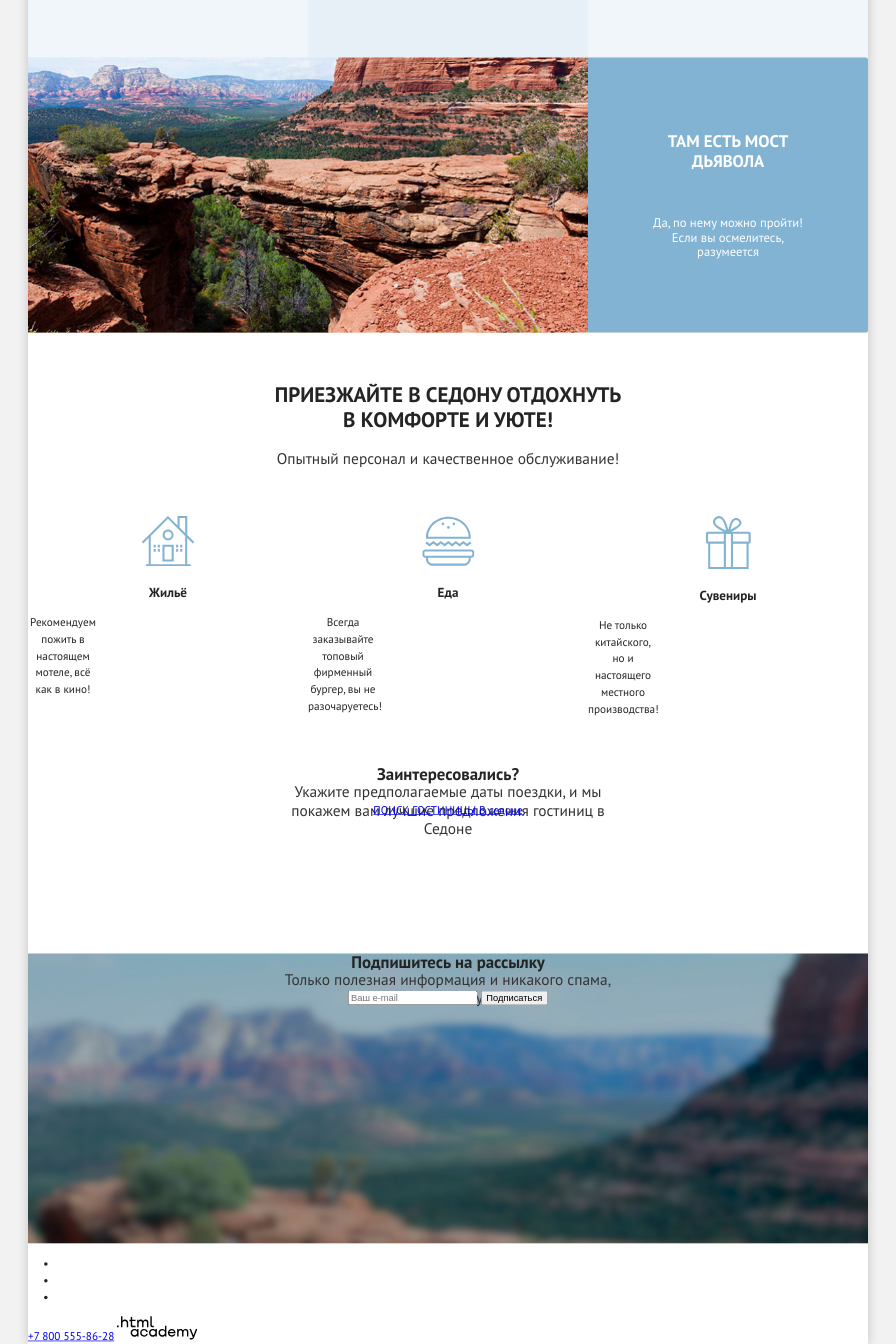
Repository: zakhgagne/2512253-sedona-1
Page: index.html
These files come from the project's save history. The page is drawn as it stood at one moment and after the next save; the edit follows.
The browser window is 1280 px wide. The pictures show the part of the page from y = 1513 to 3433 px (the page is 3433 px tall before and 3417 px after), at 70% of full size.

Above is the page before, as saved 2024-05-11 16:25:39.

After the next save:
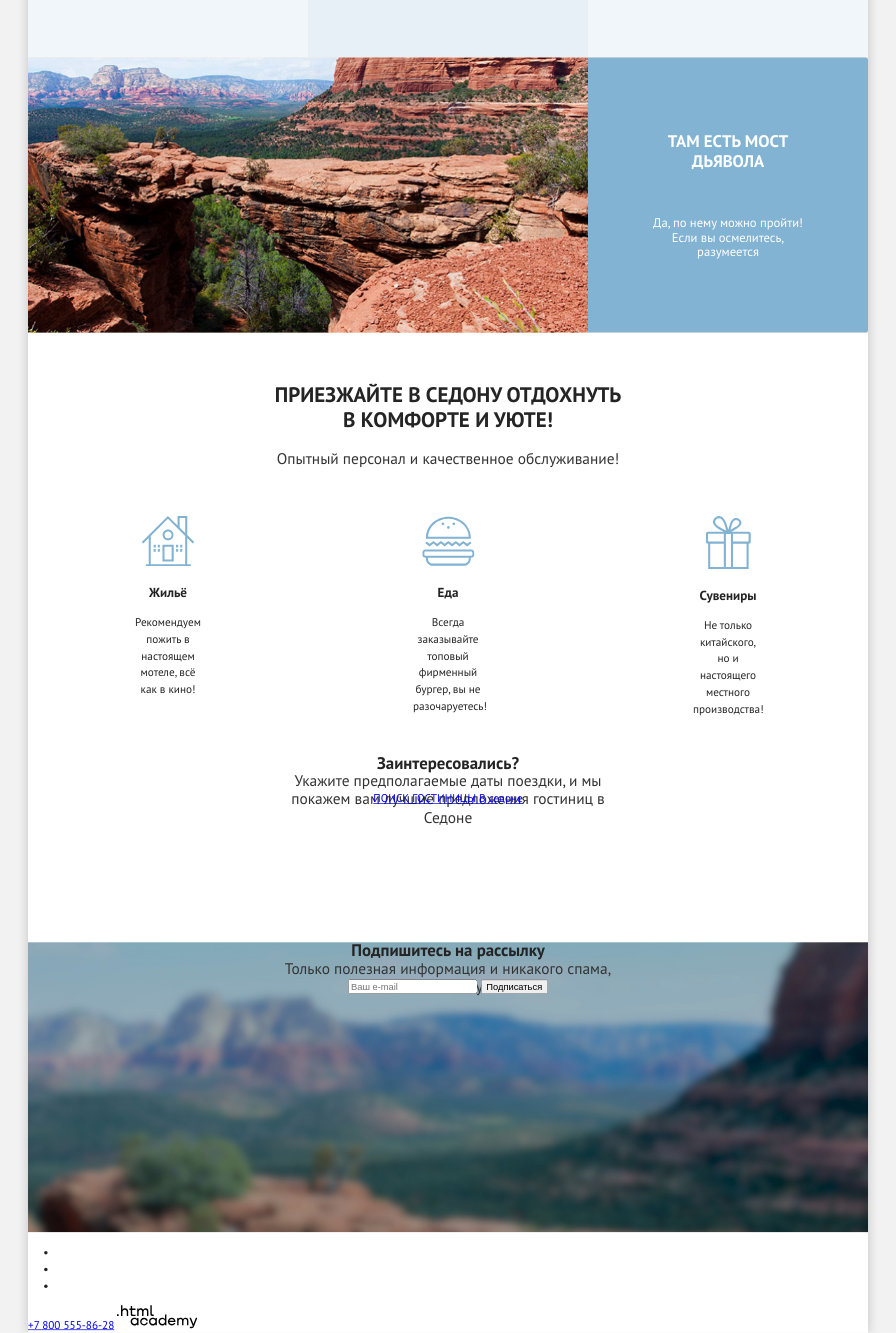
Saved 85 s later.
--- a/styles/styles.css
+++ b/styles/styles.css
@@ -266,4 +266,6 @@ body {
 }
 .comfort-text {
 width: 100px;
-}
+margin: 0 auto;
+padding: 0;
+}
